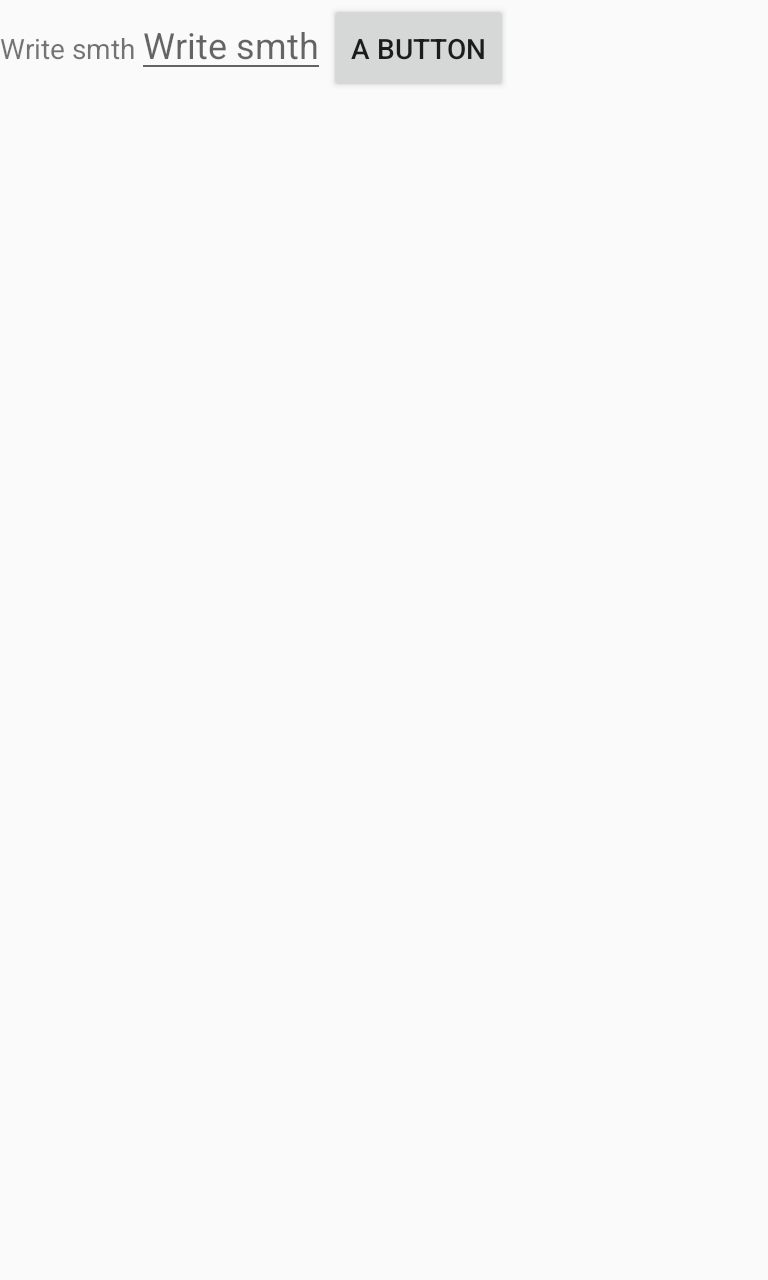
Repository: SVasilev/TimeWaste
Layout: TimeWaste/res/layout/activity_time_waste.xml
These files come from the project's save history. The layout is drawn as it stood at one moment and after the next save; the edit follows.
It is drawn on a 768 x 1280 px phone screen (xhdpi) without system bars, with theme AppTheme; the app's code is not run.

Above is the layout before, as saved 2014-07-18 23:32:13.

### TimeWaste/res/layout/activity_time_waste.xml
<LinearLayout xmlns:android="http://schemas.android.com/apk/res/android"
    xmlns:tools="http://schemas.android.com/tools"
    android:layout_width="match_parent"
    android:layout_height="match_parent"
    android:orientation="horizontal" >

    <TextView
        android:id="@+id/text"
	    android:layout_width="wrap_content"
	    android:layout_height="wrap_content"
	    android:text="Write smth" />

    <EditText android:id="@+id/std_message"
        android:layout_width="wrap_content"
        android:layout_height="wrap_content"
        android:hint="Write smth" />

    <Button
        android:id="@+id/button"
        android:layout_width="wrap_content"
        android:layout_height="wrap_content"
        android:text="a Button" />


</LinearLayout>

Loaded but not shown: TimeWaste/res/values/styles.xml (common file); TimeWaste/res/values-v11/styles.xml (common file); TimeWaste/res/values-v14/styles.xml (common file)

After the next save:
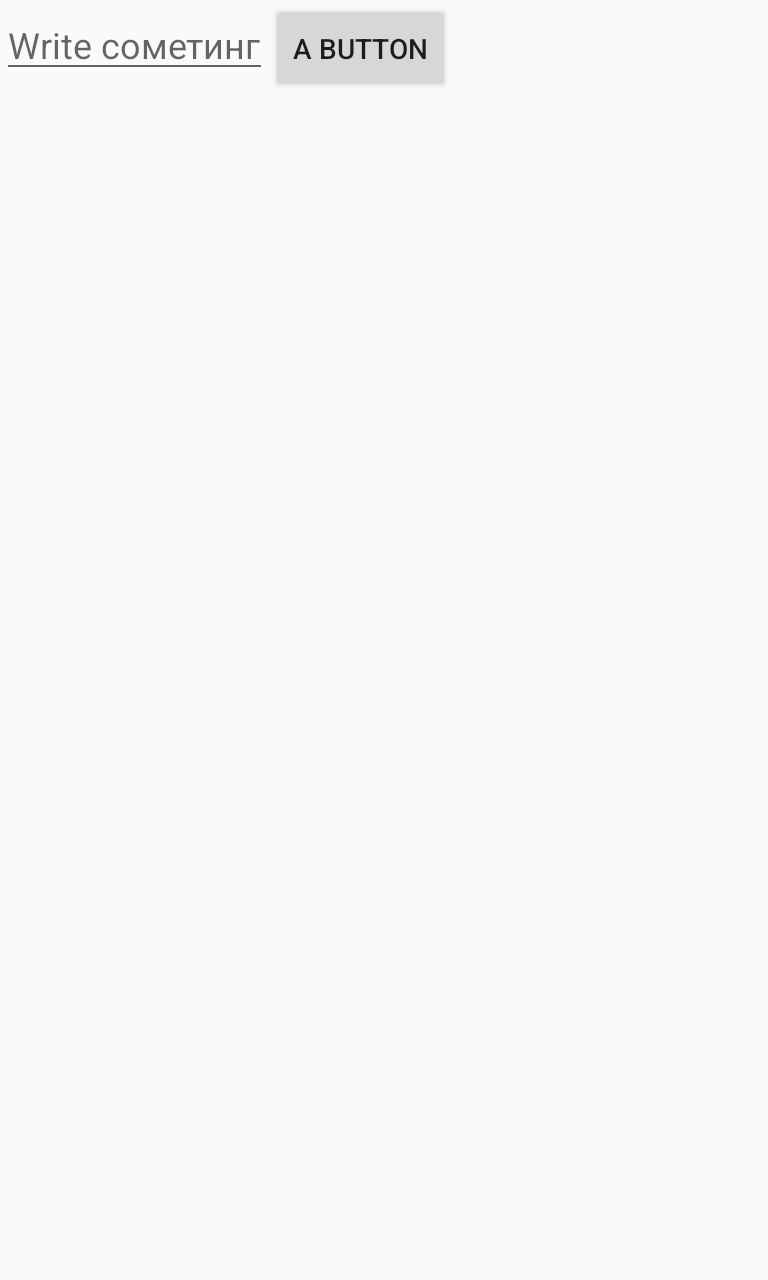
Saved 5 min 23 s later.
--- a/TimeWaste/res/layout/activity_time_waste.xml
+++ b/TimeWaste/res/layout/activity_time_waste.xml
@@ -2,18 +2,12 @@
     xmlns:tools="http://schemas.android.com/tools"
     android:layout_width="match_parent"
     android:layout_height="match_parent"
-    android:orientation="horizontal" >
-
-    <TextView
-        android:id="@+id/text"
-	    android:layout_width="wrap_content"
-	    android:layout_height="wrap_content"
-	    android:text="Write smth" />
+    android:orientation="horizontal" >с
 
     <EditText android:id="@+id/std_message"
         android:layout_width="wrap_content"
         android:layout_height="wrap_content"
-        android:hint="Write smth" />
+        android:hint="Write сометинг" />
 
     <Button
         android:id="@+id/button"
